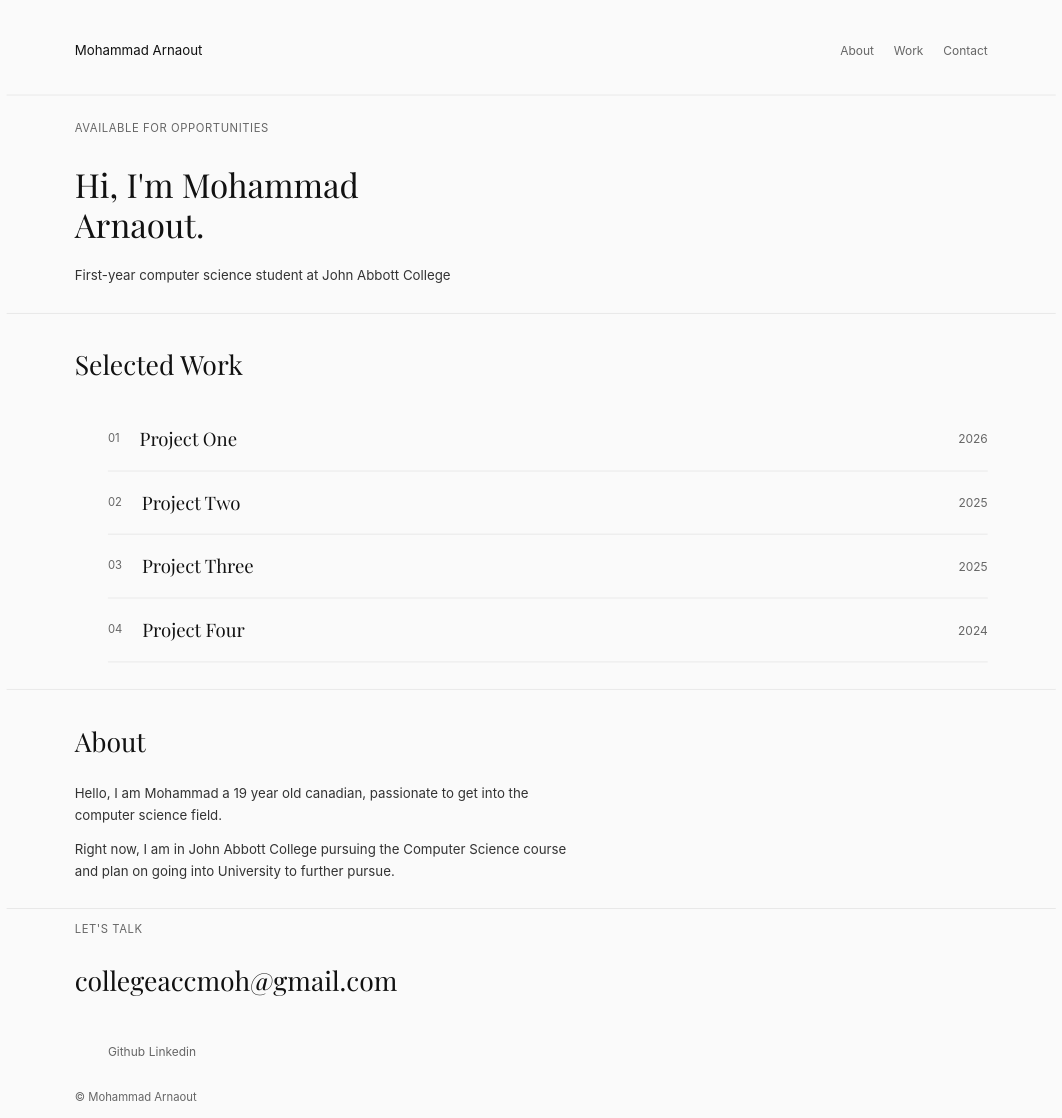
Repository: Moh-Arna/Moh-Arna
Page: index.html
An editor plug-in stored every save of this project. The page is shown before and after the next save, followed by the edit.
The browser window is 1280 px wide. The pictures show the whole page, at 83% of full size.
Some web fonts or font styles are not loaded; a fallback is used.

Above is the page before, as saved 2026-04-22 10:49:41.

### index.html
<!DOCTYPE html>
<html lang=""en>
<head>
  <meta charset="UTF-8">
  <meta name="viewport" content="width=device-width, initial-scale=1.0">
  <title>[Mohammad Arnaout] — Portfolio</title>

  <link rel="stylesheet" href="styles/globals.css">
  <link rel="stylesheet" href="styles/index.css">
</head>

<body>

    <header class="header">

    <div class="container header-inner">

        <a href="/" class="name">Mohammad Arnaout</a>

        <nav aria-label="Main Navigation">

            <ul class="nav">

                <li>
                    <a href="#about">About</a>
                </li>

                <li>
                    <a href="#work">Work</a>
                </li>

                <li>
                    <a href="#contact">Contact</a>
                </li>

            </ul>

        </nav>

    </div>

</header>

<main>

    <section class="hero">

        <div class="container">
            <p class="top-paragraph">Available for opportunities</p>
            <h1>Hi, I'm Mohammad Arnaout.</h1>
            <p class="bottom-paragraph">First-year computer science student at John Abbott College</p>
        </div>

    </section>

    <section class="work">

      <div class="container">

        <h2 class="section-title">Selected Work</h2>

        <ol class="work-list">

          <li>
            <a href="project-details.html" class="work-item">
              <span class="work-number">01</span>
              <span class="work-title">Project One</span>
              <span class="work-year">2026</span>
            </a>
          </li>

          <li>
            <a href="project-details.html" class="work-item">
              <span class="work-number">02</span>
              <span class="work-title">Project Two</span>
              <span class="work-year">2025</span>
            </a>
          </li>

          <li>
            <a href="project-details.html" class="work-item">
              <span class="work-number">03</span>
              <span class="work-title">Project Three</span>
              <span class="work-year">2025</span>
            </a>
          </li>

          <li>
            <a href="project-details.html" class="work-item">
              <span class="work-number">04</span>
              <span class="work-title">Project Four</span>
              <span class="work-year">2024</span>
            </a>
          </li>

        </ol>

      </div>

    </section>

    <section class="about">

        <div class="container">

            <h2 class="section-title">About</h2>

            <p>
                Hello, I am Mohammad a 19 year old canadian, passionate to get into the computer science field.
            </p>

            <p>
                Right now, I am in John Abbott College pursuing the Computer Science course and plan on going into University to further pursue.
            </p>

        </div>

    </section>


</main>

</body>

<footer class="footer">

    <div class="container">

        <p class="top-paragraph">Let's talk</p>

        <a href="mailto:collegeaccmoh@gmail.com" class="email">collegeaccmoh@gmail.com</a>

        <ul class="socials">

            <li>
                <a href="https://github.com/Moh-Arna" target="_blank">Github</a>
                <a href="https://github.com/Moh-Arna" target="_blank">Linkedin</a>
            </li>

        </ul>

        <p class="copyright">© Mohammad Arnaout</p>

    </div>

</footer>

</html>

### styles/globals.css
@font-face {
  font-family: 'Playfair Display';
  src: url('../assets/fonts/Playfair_Display/PlayfairDisplay-VariableFont_wght.ttf') format('woff2');
  font-weight: 400;
  font-style: normal;
  font-display: swap;
}

@font-face {
  font-family: 'Playfair Display';
  src: url('../assets/fonts/Playfair_Display/PlayfairDisplay-Italic-VariableFont_wght.ttf') format('woff2');
  font-weight: 400;
  font-style: italic;
  font-display: swap;
}

@font-face {
  font-family: 'Inter';
  src: url('../assets/fonts/Inter/Inter-VariableFont_opsz\,wght.ttf') format('woff2');
  font-weight: 400;
  font-style: normal;
  font-display: swap;
}

@font-face {
  font-family: 'Inter';
  src: url('../assets/fonts/Inter/Inter-Italic-VariableFont_opsz\,wght.ttf') format('woff2');
  font-weight: 500;
  font-style: normal;
  font-display: swap;
}

:root{
    --bg:#fafafa;
    --text: #111;
    --muted: #666;
    --border: #e5e5e5;
}

body{
    font-family: 'Inter', sans-serif;
    background-color: var(--bg);
    color: var(--text);
    line-height: 1.6;
}

a{
  color: inherit;
  text-decoration: none;
}

h1, h2, h3{
    font-family: 'PlayFair Display', serif;
    font-weight: 400;
    line-height: 1.2;
}

ul, ol{
  list-style: none;
}

.container{
    max-width: 1100px;
    margin: 0 auto;
    padding: 0 1.5rem;
}

### styles/index.css
.header{
    padding: 1.5rem 0;
    border-bottom: 1px solid var(--border);
}

.header-inner{
    display: flex;
    justify-content: space-between;
    align-items: center;
}

.nav{
    display: flex;
    gap: 1.5rem;
}

.nav a{
    color: var(--muted);
    font-size: 0.9rem;
}

.nav a:hover{
    color: var(--text);
}


.hero {
    padding: 1rem 0.5rem;
}

.top-paragraph{
    font-size: 0.85rem;
    color: var(--muted);
    text-transform: uppercase;
    letter-spacing: 0.05em;
    margin-bottom: 1.5rem;
}

.hero h1{
    font-size: 2.5rem;
    margin-bottom: 1.5rem;
    max-width: 18ch;
}

.bottom-paragraph{
    color: #333;
    max-width: 50ch;
}

.work{
    padding: 1rem 0;
    border-top: 1px solid var(--border);
}

.section-title{
    font-size: 2rem;
    margin-bottom: 2rem;
}

.work-list li{
    border-bottom: 1px solid var(--border);
}

.work-item{
    display: flex;
    align-items: center;
    gap: 1.5rem;
    padding: 1.25rem 0;
    transition: padding 0.2s;
}

.work-item:hover{
    padding-left: 0.5rem;
}

.work-number{
    color: var(--muted);
    font-size: 0.85rem;
}

.work-title{
    font-family: 'Playfair Display', serif;
    font-size: 1.4rem;
    flex: 1;
}

.work-year{
    color: var(--muted);
    font-size: 0.9rem;
}

.about{
    padding: 1rem 0;
    border-top: 1px solid var(--border);
}

.about p{
    max-width: 60ch;
    margin-bottom: 1rem;
    color:#333;
}

.footer{
    padding: 1rem 0 2;
    border-top: 1px solid var(--border);
}

.email{
    font-family: 'Playfair Display', serif;
    font-size: 2rem;
    display:inline-block;
    margin-bottom: 2rem;
    word-break: break-word;
}

.socials{
    display: flex;
    gap: 1.5rem;
    margin-bottom: 2rem;
}

.socials a{
    color: var(--muted);
    font-size: 0.9rem;
}

.socials a:hover{
    color: var(--text);
}

.copyright{
    color: var(--muted);
    font-size: 0.85rem;
}

After the next save:
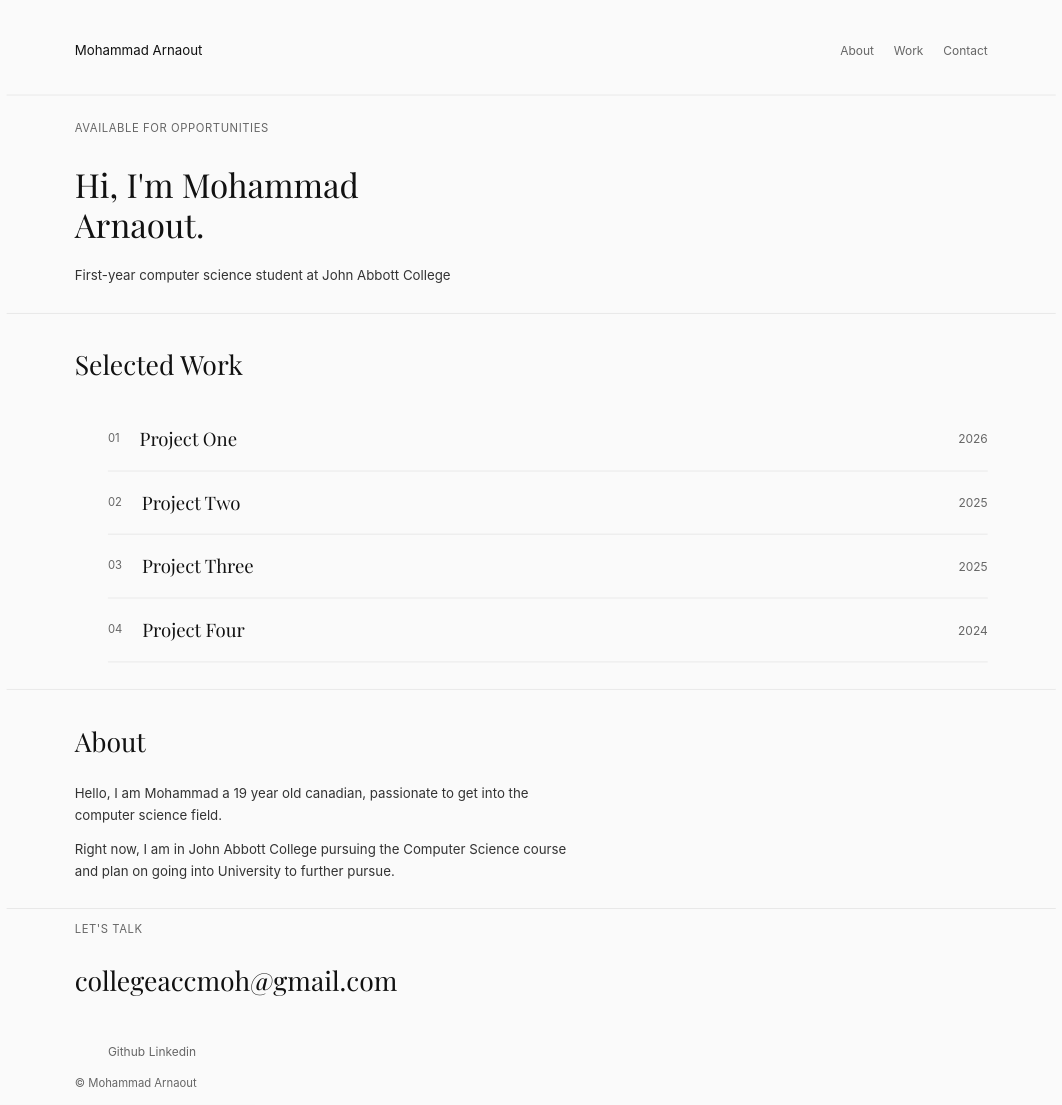
Saved 92 s later.
--- a/styles/index.css
+++ b/styles/index.css
@@ -116,7 +116,7 @@
 .socials{
     display: flex;
     gap: 1.5rem;
-    margin-bottom: 2rem;
+    margin-bottom: rem;
 }
 
 .socials a{
